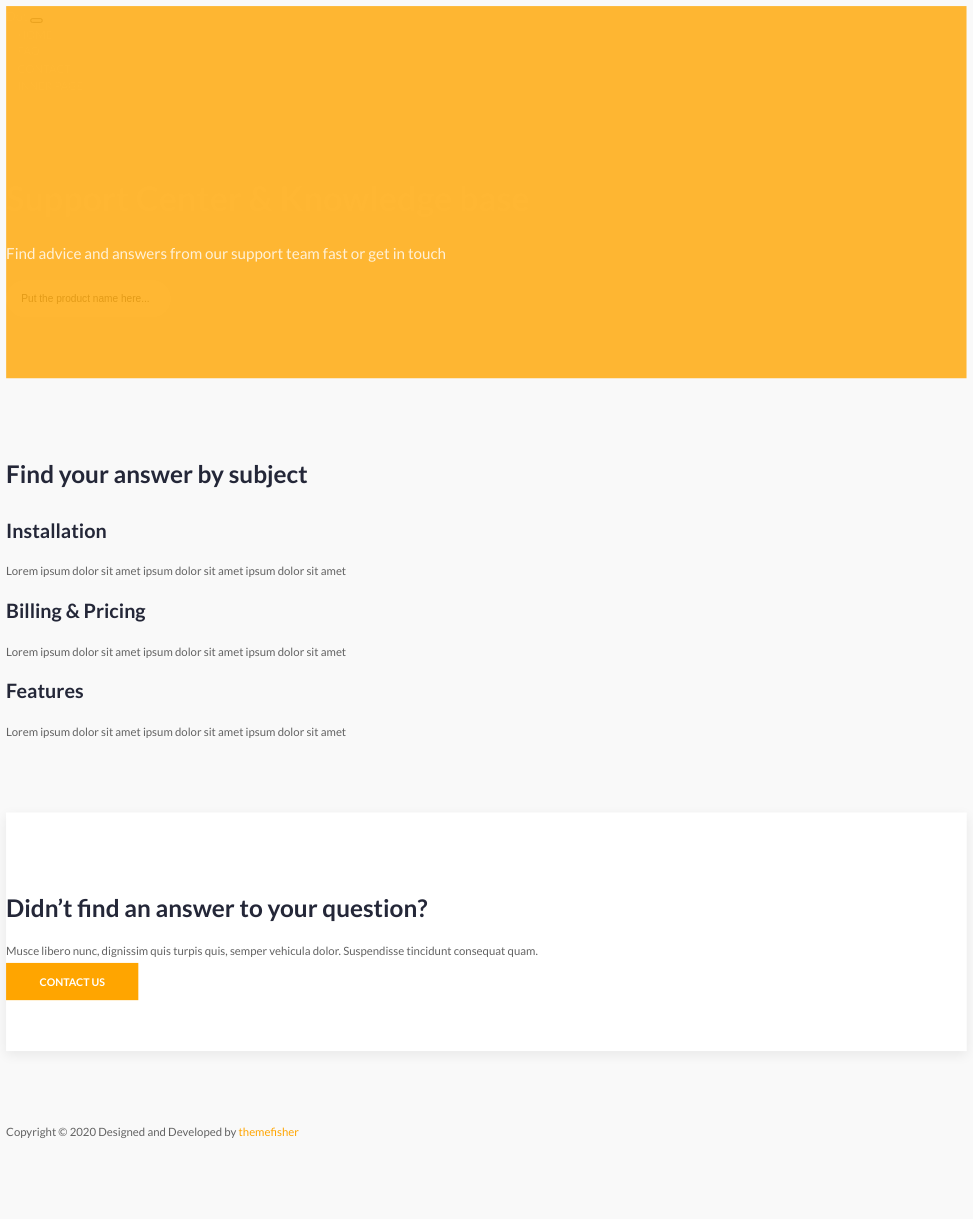
Repository: AlexThyCoolest/ReviewReader
Page: http://localhost/
The author's editor kept a copy of each file at every save. The page is drawn from the files as they stood at one save, then again after the next save.
The browser window is 1280 px wide. The pictures show the whole page, at 76% of full size.
The page is served by the project's application, run on Flask 3 (main.py).

Above is the page before, as saved 2024-07-23 10:36:20.
Console error: ReferenceError: jQuery is not defined
Not found: OYT/plugins/bootstrap/bootstrap.min.css
Not found: OYT/plugins/bootstrap/bootstrap.min.js
Not found: OYT/plugins/jquery/jquery-1.12.4.js

### OYT/templates/index.html
<!DOCTYPE html>
<html lang="en-us">

<head>
    <meta charset="utf-8">
    <title>Dot</title>
    <meta name="viewport" content="width=device-width, initial-scale=1, maximum-scale=1">

    <!-- theme meta -->
    <meta name="theme-name" content="dot" />

    <!-- ** CSS Plugins Needed for the Project ** -->

    <!-- Bootstrap -->
    <link rel="stylesheet" href="plugins/bootstrap/bootstrap.min.css">
    <!-- themefy-icon -->
    <link rel="stylesheet" href="plugins/themify-icons/themify-icons.css">
    <!--Favicon-->
    <link rel="icon" href="images/favicon.png" type="image/x-icon">
    <!-- fonts -->
    <link href="https://fonts.googleapis.com/css?family=Lato:300,400,700&display=swap" rel="stylesheet">
    <!-- Main Stylesheet -->
    <link href="static/assets/style.css" rel="stylesheet" media="screen" />
    <style>
        :root {
            --primary-color: #FFA500;
            /* Yellow-Orange */
        }

        .btn-primary,
        .bg-primary {
            background-color: var(--primary-color) !important;
            border-color: var(--primary-color) !important;
        }

        .text-primary {
            color: var(--primary-color) !important;
        }
    </style>
</head>
</head>

<body>
    <!-- header -->
    <header class="banner overlay bg-cover" data-background="images/banner.jpg">
        <nav class="navbar navbar-expand-md navbar-dark">
            <div class="container">
                <a class="navbar-brand px-2" href="index.html">Dot</a>
                <button class="navbar-toggler border-0" type="button" data-toggle="collapse" data-target="#navigation"
                    aria-controls="navigation" aria-expanded="false" aria-label="Toggle navigation">
                    <span class="navbar-toggler-icon"></span>
                </button>

                <div class="collapse navbar-collapse text-center" id="navigation">
                    <ul class="navbar-nav ml-auto">
                        <li class="nav-item">
                            <a class="nav-link text-dark" href="index.html">Home</a>
                        </li>
                        <li class="nav-item">
                            <a class="nav-link text-dark" href="faq.html">Faq</a>
                        </li>
                        <li class="nav-item">
                            <a class="nav-link text-dark" href="contact.html">contact</a>
                        </li>
                        <li class="nav-item">
                            <a class="nav-link text-dark" href="single.html">Inner Page</a>
                        </li>
                    </ul>
                </div>
            </div>
        </nav>
        <!-- banner -->
        <div class="container section">
            <div class="row">
                <div class="col-lg-8 text-center mx-auto">
                    <h1 class="text-white mb-3">Support Center &amp; Knowledge base</h1>
                    <p class="text-white mb-4">Find advice and answers from our support team fast or get in touch</p>
                    <div class="position-relative">
                        <input id="articleURL" name="articleURL" type="text" class="form-control"
                            placeholder="Put the product name here..."><i class="ti-search search-icon"></i>
                    </div>
                </div>
            </div>
        </div>
        <!-- /banner -->
    </header>
    <!-- /header -->

    <!-- topics -->
    <section class="section">
        <div class="container">
            <div class="row justify-content-center">
                <div class="col-12 text-center">
                    <h2 class="section-title">Find your answer by subject</h2>
                </div>
                <!-- topic-item -->
                <div class="col-lg-4 col-sm-6 mb-4">
                    <a href="single.html" class="px-4 py-5 bg-white shadow text-center d-block match-height">
                        <i class="ti-panel icon text-primary d-block mb-4"></i>
                        <h3 class="mb-3 mt-0">Installation</h3>
                        <p class="mb-0">Lorem ipsum dolor sit amet ipsum dolor sit amet ipsum dolor sit amet</p>
                    </a>
                </div>
                <div class="col-lg-4 col-sm-6 mb-4">
                    <a href="single.html" class="px-4 py-5 bg-white shadow text-center d-block match-height">
                        <i class="ti-credit-card icon text-primary d-block mb-4"></i>
                        <h3 class="mb-3 mt-0">Billing &amp; Pricing</h3>
                        <p class="mb-0">Lorem ipsum dolor sit amet ipsum dolor sit amet ipsum dolor sit amet</p>
                    </a>
                </div>
                <div class="col-lg-4 col-sm-6 mb-4">
                    <a href="single.html" class="px-4 py-5 bg-white shadow text-center d-block match-height">
                        <i class="ti-package icon text-primary d-block mb-4"></i>
                        <h3 class="mb-3 mt-0">Features</h3>
                        <p class="mb-0">Lorem ipsum dolor sit amet ipsum dolor sit amet ipsum dolor sit amet</p>
                    </a>
                </div>
            </div>
        </div>
    </section>
    <!-- /topics -->

    <!-- call to action -->
    <section>
        <div class="container">
            <div class="row">
                <div class="col-12">
                    <div class="section px-3 bg-white shadow text-center">
                        <h2 class="mb-4">Didn&rsquo;t find an answer to your question?</h2>
                        <p class="mb-4">Musce libero nunc, dignissim quis turpis quis, semper vehicula dolor.
                            Suspendisse tincidunt
                            consequat quam.</p>
                        <a href="contact.html" class="btn btn-primary">contact us</a>
                    </div>
                </div>
            </div>
        </div>
    </section>
    <!-- /call to action -->

    <!-- footer -->
    <footer class="section pb-4">
        <div class="container">
            <div class="row align-items-center">
                <div class="col-md-8 text-md-left text-center">
                    <p class="mb-md-0 mb-4">Copyright © 2020 Designed and Developed by <a
                            href="https://themefisher.com/">themefisher</a></p>
                </div>
                <div class="col-md-4 text-md-right text-center">
                    <ul class="list-inline">
                        <li class="list-inline-item"><a class="text-color d-inline-block p-2" href="#"><i
                                    class="ti-facebook"></i></a></li>
                        <li class="list-inline-item"><a class="text-color d-inline-block p-2" href="#"><i
                                    class="ti-twitter-alt"></i></a></li>
                        <li class="list-inline-item"><a class="text-color d-inline-block p-2" href="#"><i
                                    class="ti-github"></i></a>
                        </li>
                        <li class="list-inline-item"><a class="text-color d-inline-block p-2" href="#"><i
                                    class="ti-linkedin"></i></a></li>
                    </ul>
                </div>
            </div>
        </div>
    </footer>
    <!-- /footer -->

    <!-- ** JS Plugins Needed for the Project ** -->
    <!-- jquiry -->
    <script src="plugins/jquery/jquery-1.12.4.js"></script>
    <!-- Bootstrap JS -->
    <script src="plugins/bootstrap/bootstrap.min.js"></script>
    <!-- match-height JS -->
    <script src="plugins/match-height/jquery.matchHeight-min.js"></script>
    <!-- Main Script -->
    <script src="assets/script.js"></script>
</body>

</html>

### OYT/static/assets/style.css
:root {
  --primary-color: #02007e;
  --body-color: #f9f9f9;
  --text-color: #636363;
  --text-color-dark: #242738;
  --white-color: #ffffff;
  --light-color: #f8f9fa;
  --font-family: Lato;
}

body {
  line-height: 1.5;
  font-family: var(--font-family), sans-serif;
  -webkit-font-smoothing: antialiased;
  font-size: 17px;
  color: var(--text-color);
  background-color: var(--body-color)
}

p {
  color: var(--text-color);
  font-size: 15px
}

h1,
h2,
h3,
h4,
h5,
h6 {
  color: var(--text-color-dark);
  font-family: var(--font-family), sans-serif;
  font-weight: 700;
  line-height: 1.2
}

h1,
.h1 {
  font-size: 45px
}

h2,
.h2 {
  font-size: 32px
}

h3,
.h3 {
  font-size: 26px
}

h4,
.h4 {
  font-size: 20px
}

h5,
.h5 {
  font-size: 18px
}

h6,
.h6 {
  font-size: 14px
}

.btn {
  font-size: 14px;
  font-family: var(--font-family), sans-serif;
  text-transform: uppercase;
  padding: 16px 44px;
  border-radius: 0;
  font-weight: 600;
  border: 0;
  position: relative;
  z-index: 1;
  transition: .2s ease
}

.btn:focus {
  outline: 0;
  box-shadow: none !important
}

.btn:active {
  box-shadow: none
}

.btn-primary {
  background: var(--primary-color);
  color: var(--white-color)
}

.btn-primary:active {
  background: var(--primary-color)
}

.btn-primary:hover {
  background: var(--primary-color)
}

.btn-primary:not(:disabled):not(.disabled).active,
.btn-primary:not(:disabled):not(.disabled):active,
.show>.btn-primary.dropdown-toggle {
  color: var(--white-color);
  background-color: var(--primary-color);
  border-color: var(--primary-color)
}

.inline-button {
  line-height: .8rem !important;
  padding: 5px 8px !important;
  pointer-events: none;
  margin-top: -5px
}

.overflow-hidden {
  overflow: hidden !important
}

::-moz-selection {
  background: var(--primary-color);
  color: var(--white-color)
}

::selection {
  background: var(--primary-color);
  color: var(--white-color)
}

.preloader {
  position: fixed;
  top: 0;
  left: 0;
  right: 0;
  bottom: 0;
  background-color: var(--white-color);
  z-index: 999;
  display: flex;
  align-items: center;
  justify-content: center
}

ul {
  list-style-type: none;
  margin: 0;
  padding-left: 0;
  font-size: 15px
}

ol {
  padding-left: 20px;
  font-size: 15px
}

img {
  vertical-align: middle;
  border: 0
}

a,
a:hover,
a:focus {
  text-decoration: none;
  color: var(--primary-color)
}

a:hover,
a:focus {
  color: var(--primary-color)
}

a,
button,
select {
  cursor: pointer;
  transition: .2s ease
}

a:focus,
button:focus,
select:focus {
  outline: 0
}

.slick-slide {
  outline: 0
}

.section {
  padding-top: 80px;
  padding-bottom: 80px
}

@media(max-width:768px) {
  .section {
    padding-top: 60px
  }
}

.section-sm {
  padding-top: 60px;
  padding-bottom: 60px
}

@media(max-width:768px) {
  .section-sm {
    padding-top: 40px
  }
}

.section-title {
  margin-bottom: 40px
}

.bg-cover {
  background-size: cover;
  background-position: 50%;
  background-repeat: no-repeat
}

.border-primary {
  border-color: #f2f2f2 !important
}

pre {
  padding: 20px
}

.overlay {
  position: relative
}

.overlay::before {
  position: absolute;
  content: '';
  height: 100%;
  width: 100%;
  top: 0;
  left: 0;
  background: var(--primary-color);
  opacity: .8
}

.outline-0 {
  outline: 0 !important
}

.d-unset {
  display: unset !important
}

.bg-primary {
  background: var(--primary-color) !important
}

.bg-white {
  background-color: var(--white-color) !important
}

.bg-light {
  background-color: var(--light-color) !important
}

.text-primary {
  color: var(--primary-color) !important
}

.text-color {
  color: var(--text-color) !important
}

.text-dark {
  color: var(--text-color-dark) !important
}

.text-white {
  color: var(--white-color) !important
}

.top-50 {
  top: 50px
}

.navbar {
  padding: 0
}

@media(max-width:768px) {
  .navbar {
    padding: 10px 0
  }
}

.navbar-brand img {
  max-width: 100px;
  margin-bottom: 0
}

.navbar .nav-item .nav-link {
  text-transform: uppercase;
  padding: 10px 15px !important;
  font-size: 15px
}

.navbar .dropdown:hover .dropdown-menu {
  visibility: visible;
  opacity: 1;
  -webkit-transform: scaleX(1);
  transform: scaleX(1)
}

.navbar .dropdown-menu {
  box-shadow: 0 3px 9px 0 rgba(0, 0, 0, .12);
  padding: 15px 0;
  border: 0;
  top: 40px;
  left: -35px;
  border-radius: 0;
  display: block;
  visibility: hidden;
  transition: .3s ease;
  opacity: 0;
  -webkit-transform: translateY(20px);
  transform: translateY(20px);
  background: var(--white-color)
}

@media(max-width:768px) {
  .navbar .dropdown-menu {
    display: none;
    opacity: 1;
    visibility: visible;
    -webkit-transform: translateY(0);
    transform: translateY(0);
    -webkit-transform-origin: unset;
    transform-origin: unset
  }
}

.navbar .dropdown-menu.view {
  visibility: visible !important;
  opacity: 1;
  -webkit-transform: translateY(0);
  transform: translateY(0);
  -webkit-transform-origin: top;
  transform-origin: top
}

@media(max-width:768px) {
  .navbar .dropdown-menu.view {
    display: block
  }
}

.navbar .dropdown-menu.show {
  visibility: hidden
}

@media(max-width:768px) {
  .navbar .dropdown-menu.show {
    visibility: visible;
    display: block
  }
}

.navbar .dropdown-item {
  position: relative;
  color: var(--text-color-dark);
  transition: .2s ease;
  font-family: var(--font-family), sans-serif
}

@media(max-width:768px) {
  .navbar .dropdown-item {
    text-align: center
  }
}

.navbar .dropdown-item:hover {
  color: var(--primary-color);
  background: 0 0
}

.lang-list {
  background: var(--primary-color);
  color: var(--white-color)
}

.lang-list.dark {
  color: var(--text-color-dark);
  background: var(--white-color)
}

.banner {
  overflow: hidden
}

.banner p {
  font-size: 20px;
  opacity: .8
}

.banner .nav-link.text-dark {
  color: var(--white-color) !important
}

.banner .nav-link.text-dark:hover {
  color: var(--white-color) !important
}

.banner .navbar-brand {
  color: var(--white-color) !important
}

#project-icon {
  float: left;
  height: 32px;
  width: 32px
}

#project-description {
  margin: 0;
  padding: 0
}

.ui-helper-hidden-accessible {
  display: none
}

.ui-menu {
  background: var(--white-color);
  padding: 5px 20px 20px;
  right: 0 !important;
  max-height: 200px;
  overflow: hidden;
  border-radius: 0 0 25px 25px;
  z-index: 9999;
  box-shadow: 0 13px 20px 0 rgba(0, 0, 0, .07)
}

@media(max-width:575px) {
  .ui-menu {
    width: calc(100% - 30px) !important
  }
}

@media(min-width:576px) {
  .ui-menu {
    max-width: 510px !important
  }
}

@media(min-width:768px) {
  .ui-menu {
    max-width: 690px !important
  }
}

@media(min-width:992px) {
  .ui-menu {
    max-width: 610px !important
  }
}

@media(min-width:1200px) {
  .ui-menu {
    max-width: 730px !important
  }
}

.ui-menu-item a {
  color: var(--text-color);
  padding: 8px 0;
  font-size: 15px
}

.ui-menu-item a:hover {
  color: var(--primary-color)
}

.ui-menu-item:not(:last-child) {
  border-bottom: 1px solid #e8e8e8
}

.ui-menu-item * {
  display: none
}

.ui-menu-item .ui-corner-all {
  display: block
}

.form-control {
  height: 50px;
  border-radius: 25px;
  border: 0;
  padding: 0 20px
}

.form-control:focus {
  border: 0;
  box-shadow: none !important
}

textarea.form-control {
  height: 150px;
  padding: 20px
}

.icon {
  font-size: 40px
}

.shadow {
  box-shadow: 0 5px 15px rgba(0, 0, 0, .07) !important;
  transition: .3s ease
}

.shadow-bottom {
  box-shadow: 0 1px 0 rgba(12, 13, 14, .1), 0 1px 6px rgba(59, 64, 69, .1)
}

.shadow:hover,
.shadow:focus {
  box-shadow: 0 14px 25px rgba(0, 0, 0, .1) !important
}

.content * {
  margin-bottom: 20px
}

.content img {
  max-width: 100%;
  height: auto;
  margin: 0 auto 15px;
  display: block;
  text-align: center
}

.content ul {
  padding-left: 0;
  margin-bottom: 20px
}

.content ul li {
  padding-left: 20px;
  position: relative
}

.content ul li::before {
  position: absolute;
  content: '';
  height: 8px;
  width: 8px;
  border-radius: 50%;
  background: var(--primary-color);
  opacity: .3;
  left: 0;
  top: 8px
}

.list-styled li {
  padding-left: 20px;
  position: relative
}

.list-styled li::before {
  position: absolute;
  content: '';
  height: 8px;
  width: 8px;
  border-radius: 50%;
  background: var(--primary-color);
  opacity: .3;
  left: 0;
  top: 17px
}

.post-meta {
  color: var(--text-color);
  font-style: italic;
  font-size: 14px
}

blockquote {
  font-size: 20px !important;
  color: var(--text-color-dark);
  padding: 20px 40px;
  border-left: 2px solid var(--primary-color);
  margin: 40px 0;
  font-weight: 700;
  background: var(--light-color)
}

blockquote p {
  margin-bottom: 0 !important
}

.pagination {
  justify-content: space-between
}

.pagination a {
  color: var(--primary-color)
}

.pagination i {
  font-size: 15px;
  line-height: 1.8
}

#accordion i {
  font-size: 14px;
  line-height: 2
}

table {
  text-align: left;
  width: 100%;
  max-width: 100%;
  margin-bottom: 1rem;
  border: 1px solid #dee2e6
}

table td,
table th {
  padding: .75rem;
  vertical-align: top;
  border: 1px solid #dee2e6;
  margin-bottom: 0
}

thead {
  background: #ececec;
  margin-bottom: 0
}

tbody {
  background: #f8f8f8;
  margin-bottom: 0
}

.notices {
  margin: 2rem 0;
  position: relative
}

.notices p {
  padding: 10px
}

.notices p::before {
  position: absolute;
  top: 2px;
  color: #fff;
  font-family: themify;
  font-weight: 900;
  content: "\e717";
  left: 10px
}

.notices.note p {
  border-top: 30px solid #6ab0de;
  background: #e7f2fa
}

.notices.note p::after {
  content: 'Note';
  position: absolute;
  top: 2px;
  color: #fff;
  left: 2rem
}

.notices.tip p {
  border-top: 30px solid #78c578;
  background: #e6f9e6
}

.notices.tip p::after {
  content: 'Tip';
  position: absolute;
  top: 2px;
  color: #fff;
  left: 2rem
}

.notices.info p {
  border-top: 30px solid #f0b37e;
  background: #fff2db
}

.notices.info p::after {
  content: 'Info';
  position: absolute;
  top: 2px;
  color: #fff;
  left: 2rem
}

.notices.warning p {
  border-top: 30px solid #e06f6c;
  background: #fae2e2
}

.notices.warning p::after {
  content: 'Warning';
  position: absolute;
  top: 2px;
  color: #fff;
  left: 2rem
}

.sidebar {
  background-color: var(--white-color);
  position: sticky;
  top: 50px;
  margin-bottom: 30px;
  padding: 40px 10px 20px
}

.sidelist {
  display: block
}

li.sidelist>a {
  margin-left: 20px;
  margin-bottom: 10px;
  display: block;
  font-size: 20px
}

li.sidelist li a {
  margin: 0
}

.sidelist li.sidelist {
  display: block
}

.sidelist li.sidelist.active a {
  color: var(--primary-color)
}

.sidelist li.sidelist.active::before {
  opacity: 1
}

.page-list li a {
  display: none
}

.page-list li ul a {
  display: block
}

.sidelist li a {
  color: var(--text-color-dark);
  display: block;
  font-size: 15px;
  font-weight: 500;
  padding: 10px 0;
  line-height: 1.4
}

p:empty,
p a:empty {
  display: none !important
}

pre {
  display: block;
  padding: 9.5px;
  margin: 10px 0
}

code {
  margin-bottom: 0 !important;
  font-size: 100%
}

.back-btn {
  position: relative
}

.back-btn::before {
  position: absolute;
  font-family: themify;
  content: "\e6bc";
  font-size: 25px;
  height: 30px;
  width: 40px;
  background-color: var(--white-color);
  color: inherit;
  text-align: right;
  z-index: 1;
  left: -5px;
  top: -5px
}

.ui-autocomplete-input {
  border-bottom: 1px solid #d4d4d4 !important
}

.ui-autocomplete-input.active {
  border-bottom-left-radius: 0;
  border-bottom-right-radius: 0
}

.search-icon {
  position: absolute;
  right: 20px;
  top: 18px;
  font-size: 14px
}

i {
  transition: .2s ease
}

a:hover i {
  color: var(--primary-color)
}

pre code::-webkit-scrollbar {
  height: 5px
}

pre code::-webkit-scrollbar-track {
  background: #000
}

pre code::-webkit-scrollbar-thumb {
  background: #888
}

.code-tabs {
  border: 1px solid #dee2e6;
  overflow: hidden;
  margin: 20px 0
}

.code-tabs .tab-content {
  padding: 20px 15px;
  margin-bottom: 0
}

.code-tabs .tab-content .tab-pane {
  margin-bottom: 0
}

.code-tabs .nav-tabs {
  margin-bottom: 0
}

.code-tabs .nav-tabs .nav-item {
  padding-left: 0;
  border-right: 1px solid #dee2e6
}

.code-tabs .nav-tabs .nav-item .nav-link {
  text-decoration: none;
  font-weight: 500;
  border: 0;
  margin-bottom: 0
}

.code-tabs .nav-tabs .nav-item::before {
  display: none
}

.code-tabs .nav-tabs .nav-item.active {
  background: var(--primary-color)
}

.code-tabs .nav-tabs .nav-item.active .nav-link {
  color: var(--white-color)
}

Loaded but not shown: OYT/static/plugins/bootstrap/bootstrap.min.css (library); OYT/static/plugins/themify-icons/themify-icons.css (library); OYT/static/plugins/jquery/jquery-1.12.4.js (library); OYT/static/plugins/bootstrap/bootstrap.min.js (library); OYT/static/plugins/match-height/jquery.matchHeight-min.js (library); OYT/static/assets/script.js (26 lines, source omitted); OYT/main.py (279 lines, source omitted)

After the next save:
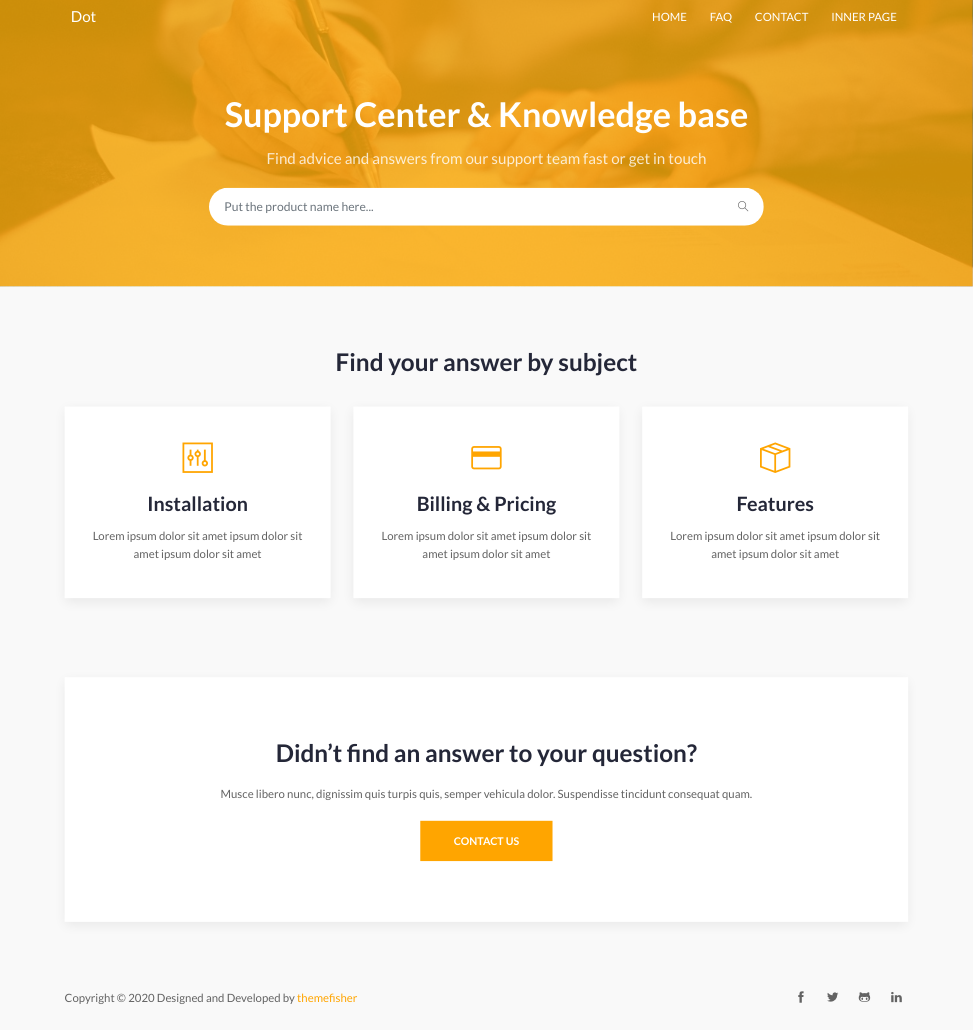
The error is gone.
Saved 20 s later.
--- a/OYT/templates/index.html
+++ b/OYT/templates/index.html
@@ -12,9 +12,9 @@
     <!-- ** CSS Plugins Needed for the Project ** -->
 
     <!-- Bootstrap -->
-    <link rel="stylesheet" href="plugins/bootstrap/bootstrap.min.css">
+    <link rel="stylesheet" href="static/plugins/bootstrap/bootstrap.min.css">
     <!-- themefy-icon -->
-    <link rel="stylesheet" href="plugins/themify-icons/themify-icons.css">
+    <link rel="stylesheet" href="static/plugins/themify-icons/themify-icons.css">
     <!--Favicon-->
     <link rel="icon" href="images/favicon.png" type="image/x-icon">
     <!-- fonts -->
@@ -166,11 +166,11 @@
 
     <!-- ** JS Plugins Needed for the Project ** -->
     <!-- jquiry -->
-    <script src="plugins/jquery/jquery-1.12.4.js"></script>
+    <script src="static/plugins/jquery/jquery-1.12.4.js"></script>
     <!-- Bootstrap JS -->
-    <script src="plugins/bootstrap/bootstrap.min.js"></script>
+    <script src="static/plugins/bootstrap/bootstrap.min.js"></script>
     <!-- match-height JS -->
-    <script src="plugins/match-height/jquery.matchHeight-min.js"></script>
+    <script src="static/plugins/match-height/jquery.matchHeight-min.js"></script>
     <!-- Main Script -->
     <script src="assets/script.js"></script>
 </body>
